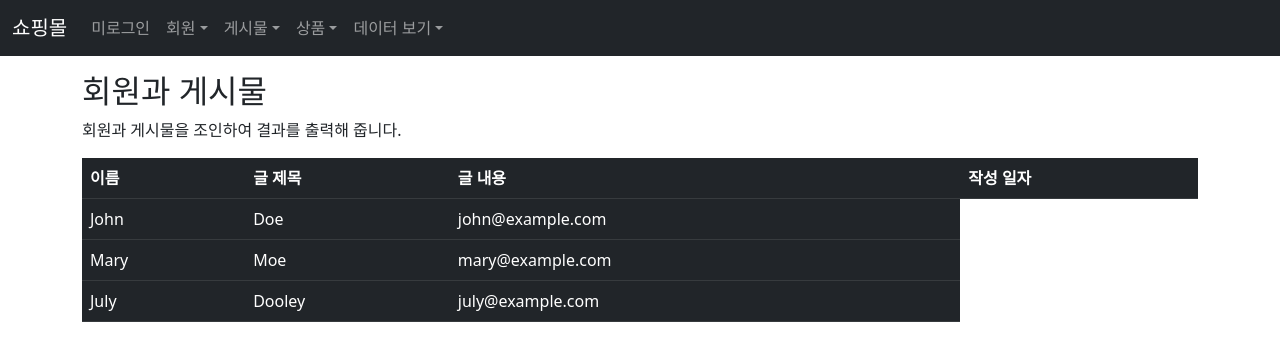
Repository: Sain-Clair/Team5
Page: http://localhost/Student/view/View01.jsp
These files come from the project's save history. The page is drawn as it stood at one moment and after the next save; the edit follows.
The browser window is 1280 px wide. The pictures show the whole page.
The page is served by Tomcat 9.

Above is the page before, as saved 2023-09-12 03:42:05.

After the next save:
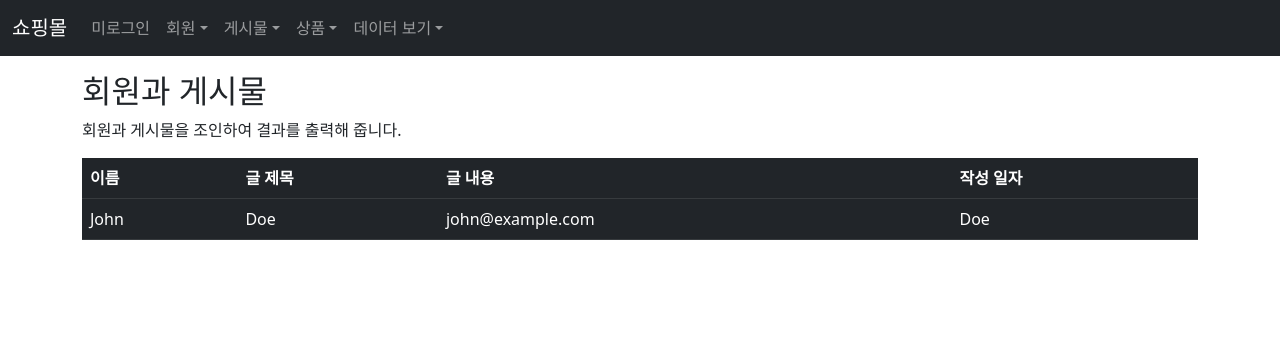
Saved 41 s later.
--- a/Student/src/main/webapp/view/View01.jsp
+++ b/Student/src/main/webapp/view/View01.jsp
@@ -26,21 +26,10 @@
 					<td>John</td>
 					<td>Doe</td>
 					<td>john@example.com</td>
-				</tr>
-				<tr>
-					<td>Mary</td>
-					<td>Moe</td>
-					<td>mary@example.com</td>
-				</tr>
-				<tr>
-					<td>July</td>
-					<td>Dooley</td>
-					<td>july@example.com</td>
+					<td>Doe</td>
 				</tr>
 			</tbody>
 		</table>
 	</div>
-
-
 </body>
 </html>
